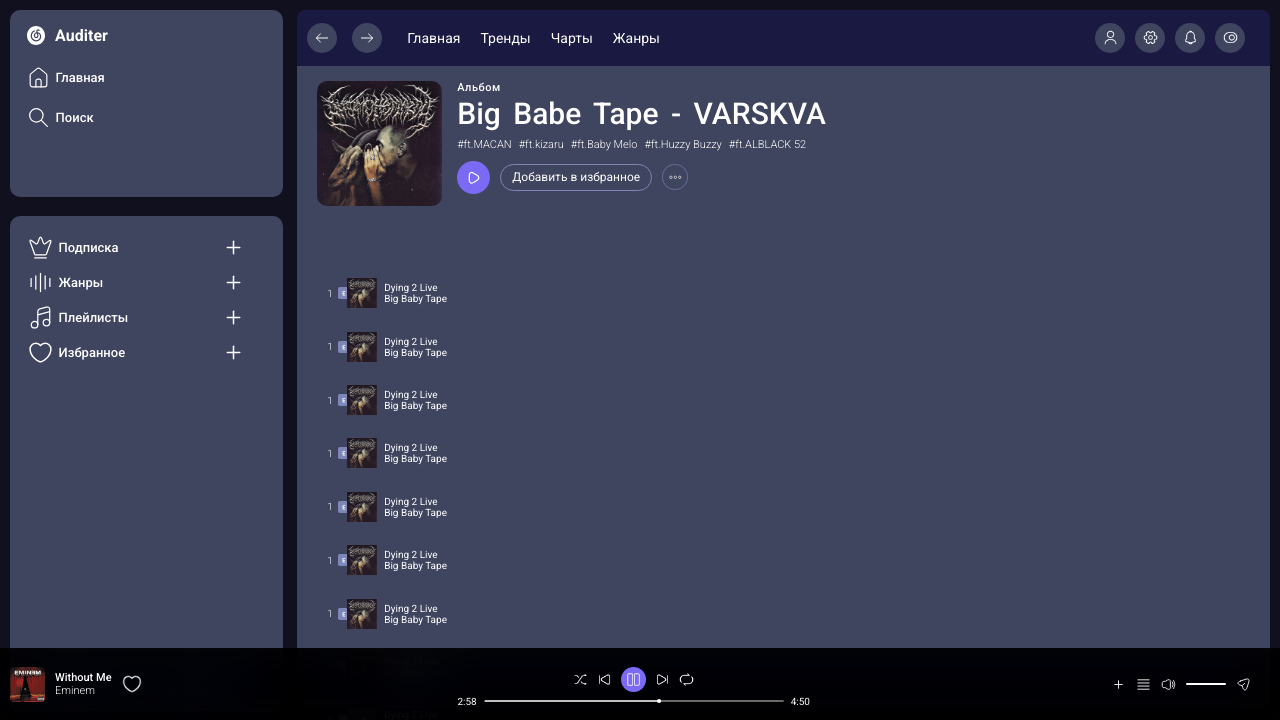
Repository: MaksimKrupkin/music_app
Page: /tracklist
These files come from the project's save history. The page is drawn as it stood at one moment and after the next save; the edit follows.
The browser window is 1280 px wide. The pictures show the whole page.
The project was rebuilt for these pictures with package versions that can differ from the ones it lists, and the page was loaded fresh each time. Also part of the build but not shown: vite.config.ts, src/Pages/MainPage_demo/MainPage_demo.module.scss, src/Components/MainScreenDemo/MainScreenDemo.module.scss, src/Components/MainScreenHeaderDemo/MainScreenHeaderDemo.module.scss, src/Components/MainScreenHeaderDemo/MainScreenHeaderDemo.tsx, src/Components/MainScreenDemo/Charts/Charts.module.scss, src/Components/MainScreenDemo/Charts/Charts.tsx, src/Components/Card/Card.module.scss and 11 more.

Above is the page before, as saved 2024-02-26 11:32:07.

After the next save:
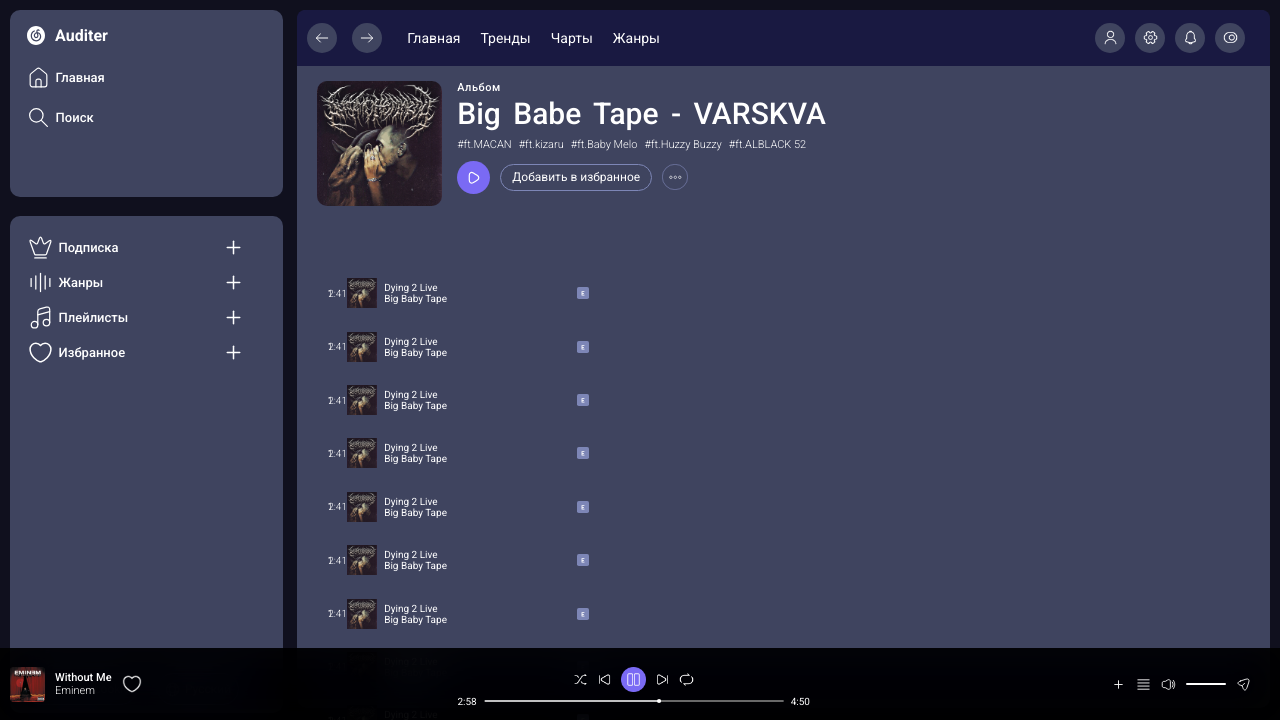
Saved 13 s later.
--- a/src/Components/TrackListScreen/Track/Track.module.scss
+++ b/src/Components/TrackListScreen/Track/Track.module.scss
@@ -52,6 +52,8 @@
     margin-left: 250px;
   }
   .forAdults_image {
+    position: absolute;
+    left: 240px;
     width: 12px;
     margin-left: 20px;
   }
